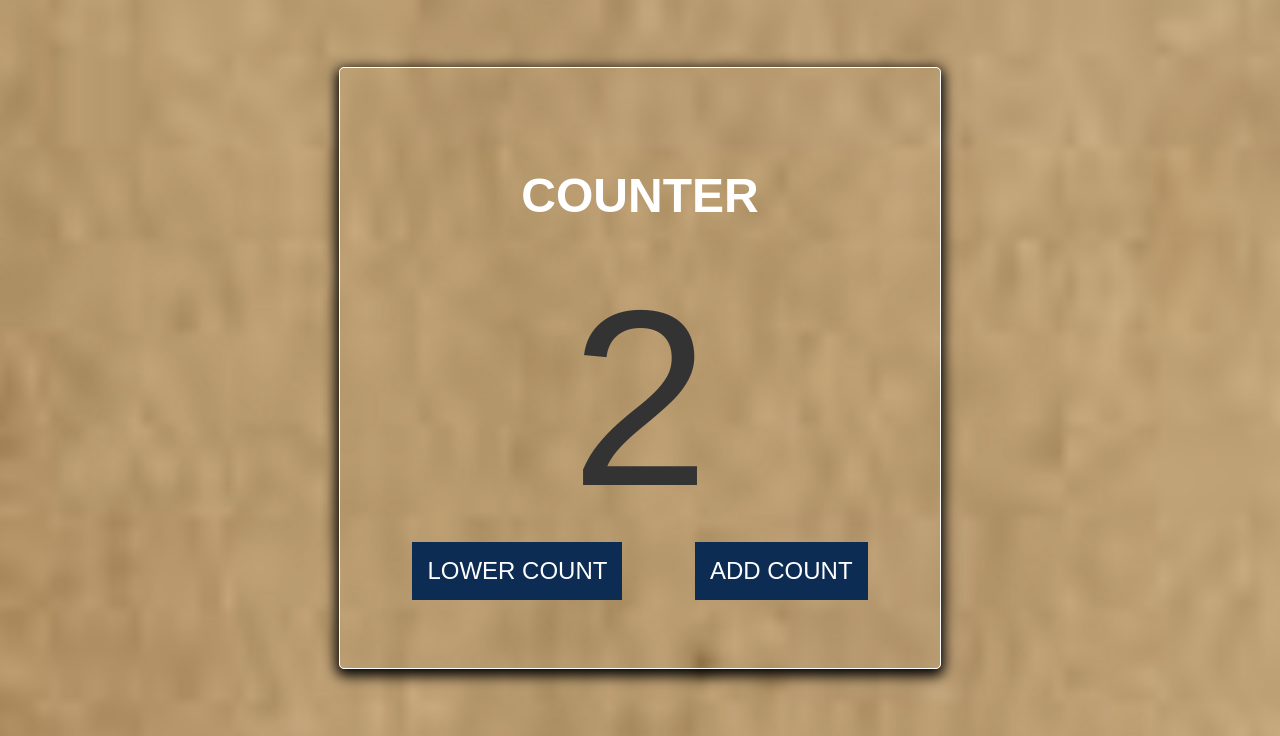
Repository: Hasmik-icml/counter
Page: index.html
These files come from the project's save history. The page is drawn as it stood at one moment and after a run of saves; the edit follows.
The browser window is 1280 px wide. The pictures show the whole page.
After loading, the first visible `button.buttonLower` was clicked once.

Above is the page before, as saved 2022-02-14 17:18:41.

### index.html
<!DOCTYPE html>
<html lang="en">
<head>
    <meta charset="UTF-8">
    <meta http-equiv="X-UA-Compatible" content="IE=edge">
    <meta name="viewport" content="width=device-width, initial-scale=1.0">
    <link rel="stylesheet" href="/style.css">
    <title>Document</title>
</head>
<body>
    <div class="container">
        <h1 class="counterHeader">COUNTER</h1>
        <div class="result">0</div>
        <div class="buttons">
            <button class="buttonLower button">LOWER COUNT</button>
            <button class="buttonAdd button">ADD COUNT</button>
        </div>

    </div>
    <script src="/index.js"></script>
</body>
</html>

### style.css
body{
    display:flex;
    flex-direction:column;
    justify-content:center;
    min-height:100vh;
    background-image: url("/Screenshot_14.png");
    background-repeat: no-repeat;
    background-size: cover;
}
.container {
    width: 600px;
    height: 600px;
    border: 1px solid white;
    border-radius: 5px;
    margin: auto;
    text-align: center;
    box-shadow: 0px 4px 13px 3px;
    display: flex;
    flex-direction: column;
    justify-content: center;
}
.counterHeader{
    color: white;
    font-family: sans-serif;
    font-size: xxx-large;
}
.result{
    color: #333333;
    font-family: sans-serif;
    font-size: 250px;
}
.button{
    background-color: #0c2c54;
    border-style: none;
    color: white;
    padding: 15px;
    font-family: sans-serif;
    font-size: x-large;
}
.buttons{
    display: flex;
    justify-content: space-evenly;
}

### index.js
const result = document.querySelector(".result");
const buttonLower = document.querySelector(".buttonLower");
const buttonAdd = document.querySelector(".buttonAdd");

buttonLower.addEventListener("click", function(){
    result.innerHTML++;
})
buttonLower.addEventListener("click", function(){
    result.innerHTML++;
})

After the next 2 saves:
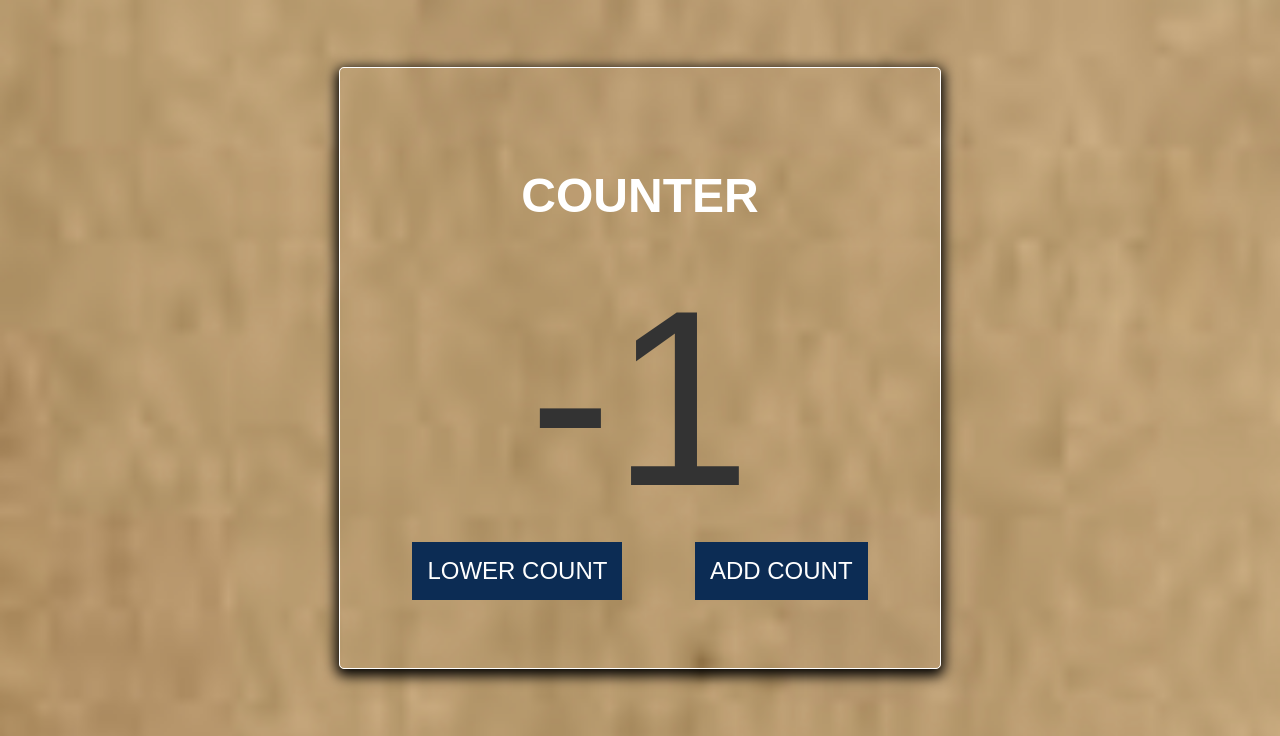
The 2 saves are shown as one change because they came seconds apart.
The last was saved 10 s later.
--- a/index.js
+++ b/index.js
@@ -3,8 +3,8 @@ const buttonLower = document.querySelector(".buttonLower");
 const buttonAdd = document.querySelector(".buttonAdd");
 
 buttonLower.addEventListener("click", function(){
+    result.innerHTML--;
+})
+buttonAdd.addEventListener("click", function(){
     result.innerHTML++;
 })
-buttonLower.addEventListener("click", function(){
-    result.innerHTML++;
-})
